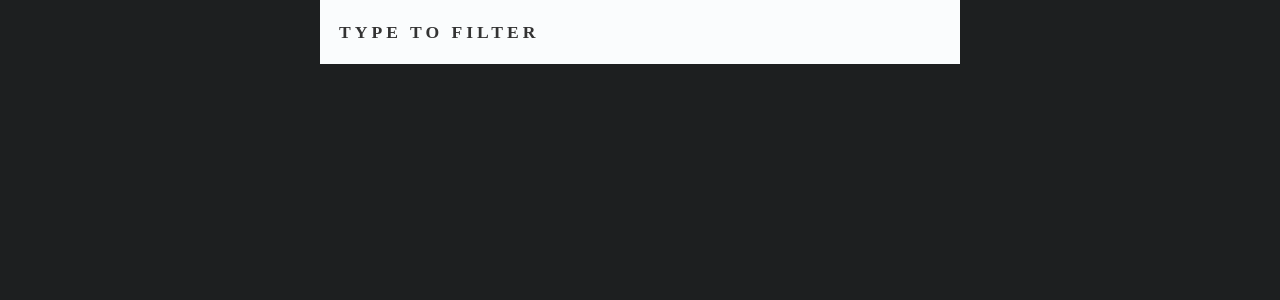
Repository: spihex/stage2-custom-dropdown
Page: index.html
An editor plug-in stored every save of this project. The page is shown before and after the next save, followed by the edit.
The browser window is 1280 px wide. The pictures show the whole page.

Above is the page before, as saved 2021-02-08 02:11:38.

After the next save:
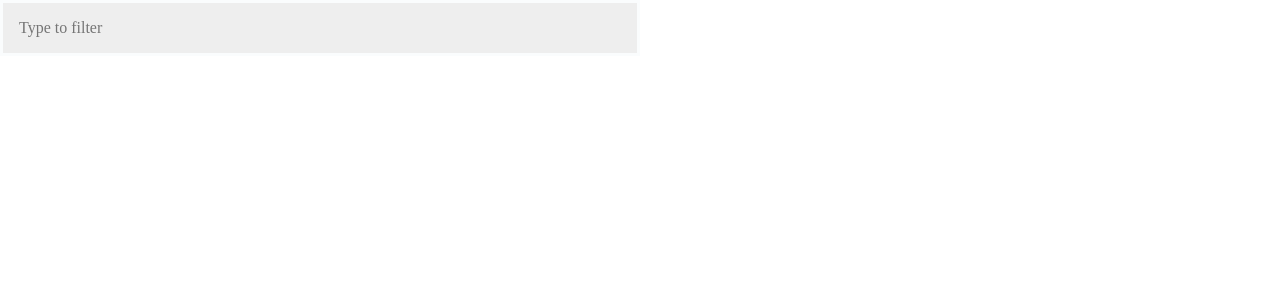
Saved 6 min 44 s later.
--- a/css/main.css
+++ b/css/main.css
@@ -1,40 +1,3 @@
-* {
-    margin: 0;
-    padding: 0;
-    box-sizing: border-box;
-}
-
-body {
-    display: flex;
-    flex-direction: column;
-    width: 100%;
-    height: 100vh;
-    align-items: center;
-    justify-content: flex-start;
-    font-family: "Ek Mukta";
-    text-transform: uppercase;
-    font-weight: 600;
-    letter-spacing: 4px;
-    background: #1D1F20;
-}
-
-h1 {
-    margin-top: 10vh;
-    font-size: 2.5rem;
-    max-width: 500px;
-    letter-spacing: 3px;
-    text-align: center;
-    line-height: 1.5;
-    font-family: "Open Sans";
-    text-transform: capitalize;
-    font-weight: 800;
-    color: white;
-}
-
-h1 span {
-    color: #FF908B;
-}
-
 .dropdown {
     position: relative;
     width: 50%;
@@ -48,36 +11,18 @@ h1 span {
 }
 
 .dropdown__input {
-    font-family: "Ek Mukta";
-    text-transform: uppercase;
-    font-weight: 600;
-    letter-spacing: 4px;
-    height: 4rem;
-    font-size: 1.1rem;
     padding: 1rem;
-    background-color: #FAFCFD;
-    border: 3px solid transparent;
-    transition: 0.3s ease-in-out;
-}
-
-.dropdown__input::-webkit-input-placeholder {
-    color: #333;
+    background-color: #fafcfd;
+    border: 3px solid #fafcfd;
+    cursor: pointer;
 }
 
 .dropdown__input:hover {
-    background-color: #FF908B;
-    cursor: pointer;
-}
-
-.dropdown__input:hover::-webkit-input-placeholder {
-    color: #333;
+    background-color: #eee;
 }
 
 .dropdown__input:focus, .dropdown__input.open {
     box-shadow: 0px 5px 8px 0px rgba(0, 0, 0, 0.2);
-    outline: 0;
-    background-color: #FF908B;
-    color: #000;
 }
 
 .dropdown__input:focus::-webkit-input-placeholder, .dropdown__input.open::-webkit-input-placeholder {
